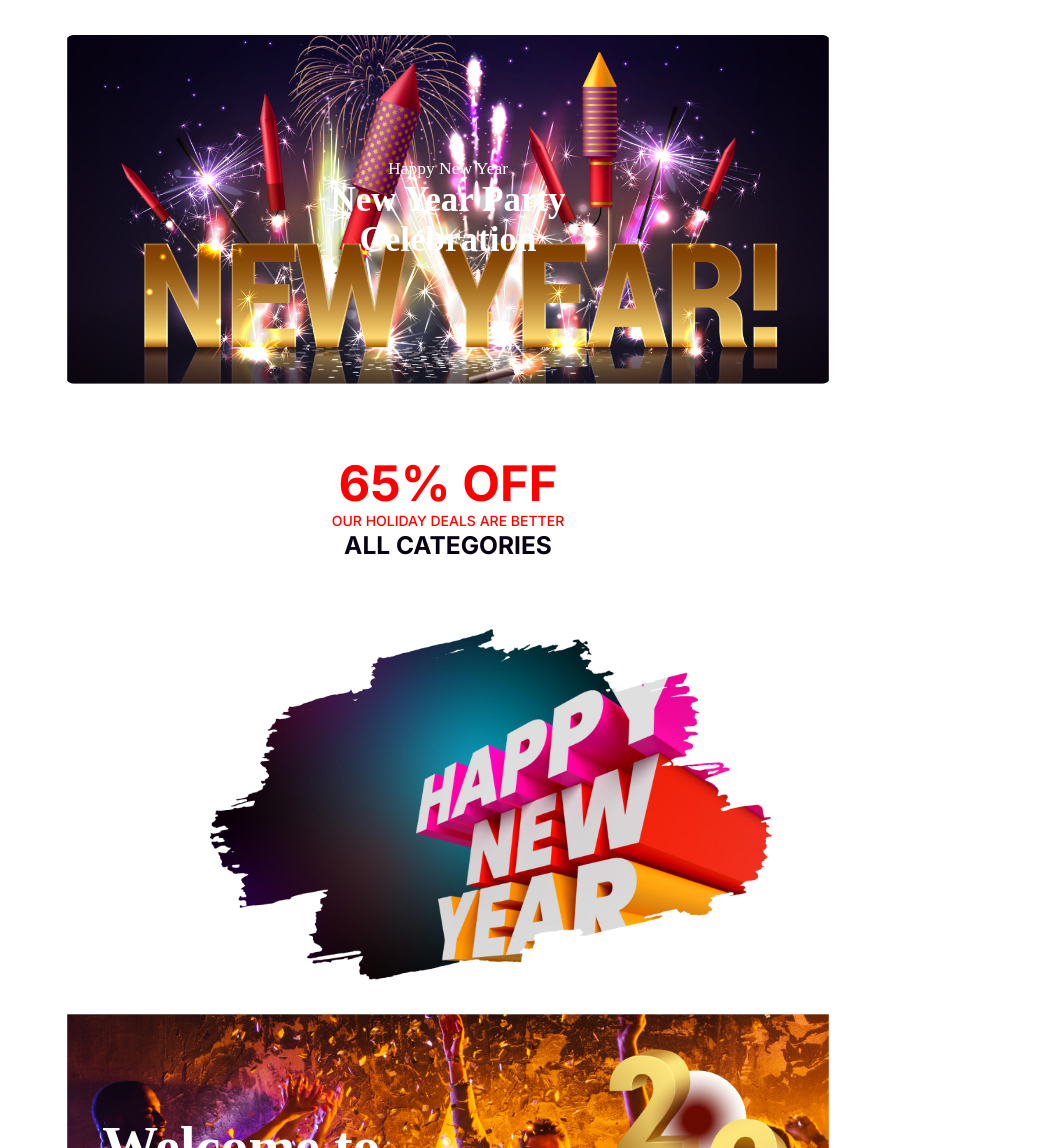
Repository: sumonkumarsarkar/new-year-2024
Page: index.html
An editor plug-in stored every save of this project. The page is shown before and after the next save, followed by the edit.
The browser window is 1280 px wide. The page is 1416 px wide, then 1498 px, so the pictures cover 1498 px, including what lies to the right of the window. The pictures show the part of the page from y = 0 to 1640 px (the page is 5500 px tall before and 5554 px after), at 70% of full size.

Above is the page before, as saved 2024-01-08 16:54:40.

### index.html
<!DOCTYPE html>
<html lang="en">
  <head>
    <meta charset="UTF-8" />
    <meta name="viewport" content="width=device-width, initial-scale=1.0" />
    <title>Happy Nwe Year-2024</title>
    <link rel="preconnect" href="https://fonts.googleapis.com" />
    <link rel="preconnect" href="https://fonts.gstatic.com" crossorigin />
    <link
      href="https://fonts.googleapis.com/css2?family=Inter:wght@100;200;300;500;600;700&display=swap"
      rel="stylesheet"
    />

    <link rel="stylesheet" href="https://cdnjs.cloudflare.com/ajax/libs/font-awesome/6.5.1/css/all.min.css" integrity="sha512-DTOQO9RWCH3ppGqcWaEA1BIZOC6xxalwEsw9c2QQeAIftl+Vegovlnee1c9QX4TctnWMn13TZye+giMm8e2LwA==" crossorigin="anonymous" referrerpolicy="no-referrer" />
    <link rel="stylesheet" href="/style.css" />
  </head>
  <body>
    <!-- banner-section start  -->
    <header>
      <div class="container banner">
        <div class="heading-text">
          <h4>Happy New Year</h4>
          <h3>New Year Party Celebration</h3>
        </div>
      </div>
    </header>
    <!-- banner-section end  -->

    <!-- holiday deal start  -->
    <section id="holiday-deal">
      <div class="container-holiday">
        <div class="holiday-text">
          <h2>65% OFF</h2>
          <p>OUR HOLIDAY DEALS ARE BETTER</p>
          <h4>ALL CATEGORIES</h4>
        </div>
        <div class="holiday-img">
          <img src="./image/New Year Photo.png" alt="" />
        </div>
      </div>
    </section>
    <!-- holiday deal end  -->

    <section id="midnight-section">
      <div class="container midnight-banner">
        <div class="midnight-content">
          <div class="midnight-text">
            <h3>Welcome to midnight party</h3>
            <p>
              Dolor sit amet consectetur. Consequat eget consectetur maecenas
              sed molestie malesuada. Ipsum sed sodales risus ut pellentesque
              vel euismod.
            </p>
            <button type="button">JOIN NOW</button>
          </div>
          <div class="midmight-img">
            <img src="./image/Group 70.png" alt="" />
          </div>
        </div>
      </div>
    </section>

     <!-- park hotel start  -->
<section id="park-hotel">
    <div class="container park-hotel-text">
     <p>Place: New Park Hotel</p>
     <p>Date: 31 December Night 2023</p>
     <p>Time: Evening 7.30 pm to 12.30 am</p>
     <button class="park-hotel-button" type="button">JOIN NOW</button>
    </div>
</section>
 <!-- park hotel end  -->


 <!-- best offer start  -->
 <section id="best-offer">
    <div class="container best-banner">
        <div class="best-offer-text">
            <div class="offer-text">
                <h5>NEW BEST OFFER</h5>
                <h4>Coming Soon</h4>
                <p>Dolor sit amet consectetur. Consequat eget consectetur maecenas sed molestie malesuada. Ipsum sed sodales risus ut pellentesque vel euismod. </p>
            </div>
            <div class="offer-img">
                <img src="./image/Ellipse 1.png" alt="">
            </div>
            <div class="offer-text-img">
                <h3>2024</h3>
                <p>Dolor sit amet consectetur. Consequat eget consectetur maecenas sed.</p>
                <img src="./image/Group 96.png" alt="">
            </div>

        </div>
    </div>
 </section>

 <!-- best offer end  -->

 <!-- holiday best offer start  -->

 <section id="holiday-offer">
    <div class="container">
        <div class="holiday-offer-text">
            <h5>WHAT IS FUNCTIONAL</h5>
            <h3><span>Holidays</span> Sale 50%</h3>
            <p>Dolor sit amet consectetur. Consequat eget consectetur maecenas sed
                molestie malesuada. Ipsum sed sodales risus ut pellentesque vel euismod. Eleifend nunc purus quam id fermentum amet amet sit consectetur.</p>
        </div>

        <div class="holiday-img">
            <div class="div1">
                <img src="./image/Group 75.png" alt="">
            </div>
            <div class="div2">
                <img src="./image/Group 44.png" alt="">
            </div>
            <div class="div3">
                <img src="./image/Rectangle 1.png" alt="">
            </div>
            <div class="div4">
                <img src="./image/Rectangle 2.png" alt="">
            </div>
        </div>

    </div>
 </section>
 <!-- holiday best offer end  -->

 <!-- portfolio section start  -->

<section id="fortfolio">
    <div class="container">
        <div class="protfolio-text-image">
            <div class="protfolio-text">
                   <h5>THE BEST GIFTS</h5>
                   <h4>Our Awesome Portfolio</h4>
                   <p>Dolor sit amet consectetur. Consequat eget consectetur maecenas sed molestie malesuada. Ipsum sed sodales risus ut pellentesque vel euismod. </p>
            </div>
            <div class="protfolio-image">
                <div class="image-div">
                    <img src="./image/Rectangle 3.png" alt="">
                    <img src="./image/Rectangle 4.png" alt="">
                    <img src="./image/Rectangle 5.png" alt="">
                </div>
                <div class="image-div">
                    <img src="./image/Rectangle 6.png" alt="">
                    <img src="./image/Rectangle 7.png" alt="">
                    <img src="./image/Rectangle 8.png" alt="">
                </div>

            </div>
        </div>
    </div>
</section>
 <!-- portfolio section end -->



 <section id="subscribe">
    <div class="container subscribe-banner">
        <div class="subscribe-content">
           <div class="subscribe-image">
            <img src="./image/Group 61.png" alt="">
           </div>
           <div class="subscribe-text">
            <h3>Subscribe Newsletter</h3>
            <p>Dolor sit amet consectetur. Consequat eget consectetur maecenas sed molestie malesuada. Ipsum sed sodales risus ut pellentesque vel euismod.</p>
           </div>

           <div class="subscribe-input">
            <input  type="email" placeholder="user@gmail.com">
            <button class="subscribe-button" type="submit">subscribe</button>
           </div>
        </div>
    </div>
 </section>

 <footer>
    <div class="footer-cntainer">
        <div class="footer-text">
            <div class="nornal-text">
                <p>44, Big Building Roosevelt Street</p>
                    <p>Beach Gardens Florida 33410</p>
            </div>
            <div class="icon-text">
                <p><span><i class="fa-solid fa-phone"></i></span> +00 123 584 124</p>
                <p><span><i class="fa-solid fa-globe"></i></span>www.website.com</p>
            </div>
        </div>
        <hr>
        <div class="icon-img">
           <img src="./image/Facebook.png" alt="">
           <img src="./image/Instagram.png" alt="">
           <img src="./image/Twitter.png" alt="">
           <img src="./image/Linkedin.png" alt="">
        </div>
       <div class="footer-last-text">
         <p>017, All Rights Reserved</p>
          <p>unsubscribe</p>
       </div>

    </div>
 </footer>


  </body>
</html>

### style.css
* {
    margin: 0;
    padding: 0;
}

body {
    font-family: "Inter", sans-serif;
    width:100%;
    max-width:1320px;
}

/* banner section end  */
.container {
    max-width: 1140px;
    width: 85%;
    margin: 50px auto;
}

.banner {
    background-image: url(./image/Banner\ Image.png);
    background-position: center;
    background-repeat: no-repeat;
    background-size: cover;
}

.heading-text {
    text-align: center;
    justify-content: center;
    padding: 177px 300px;
}

.heading-text h3 {
    color: #fff;
    text-align: center;
    font-family: Merriweather;
    font-size: 50px;
    font-style: normal;
    font-weight: 900;
}

.heading-text h4 {
    color: #fff;
    text-align: center;
    font-family: Merriweather;
    font-size: 25px;
    font-style: normal;
    font-weight: 400;
    line-height: normal;
}

/* banner section end  */

/* holiday -section start  */
.container-holiday {
    width: 85%;
    max-width: 680px;
    margin: 0 auto;
}

.holiday-text {
    text-align: center;
    justify-content: center;
    padding: 50px 50px;
    margin: 50px;
}

.holiday-text h2 {
    color: #f00;
    text-align: center;
    font-family: Inter;
    font-size: 70px;
    font-style: normal;
    font-weight: 700;
    line-height: normal;
}

.holiday-text p {
    color: #f00;

    text-align: center;
    font-family: Inter;
    font-size: 20px;
    font-style: normal;
    font-weight: 500;
    line-height: normal;
}

.holiday-text h4 {
    color: #070211;

    text-align: center;
    font-family: Inter;
    font-size: 35px;
    font-style: normal;
    font-weight: 700;
    line-height: normal;
}

.holiday-img {
    text-align: center;
    justify-content: center;
    width: 680px;
    height: 500px;
}

/* holiday -section start  */

/* midnight party start  */

.midnight-banner {
    background-image: url("./image/Vectorrr.png");
    background-position: center;
    background-repeat: no-repeat;
    background-size: cover;
}

.midnight-content {
    display: flex;
    justify-content: space-between;
    align-items: center;
}

.midnight-text {
    padding: 50px 0px 50px 50px;
    align-items: center;
}

.midnight-text h3 {
    align-items: center;
    color: #fff;
    font-family: Merriweather;
    font-size: 80px;
    font-style: normal;
    font-weight: 900;


}

.midnight-text p {
color: rgba(255, 255, 255, 0.80);
font-family: Inter;
font-size: 10px;
font-style: normal;
font-weight: 400;
line-height: 30px;
}

button {
    color: #FFF;
    text-align:center;
    font-family: Inter;
    font-size: 14px;
    font-style:normal;
    font-weight: 400;
    line-height: normal;
    text-transform:uppercase;
    background: #070211;
    border:none;
    padding: 10px 10px;
}

.midmight-img{
    padding:50px 50px ;
}

/* midnight party end */




/* park hotel start */

.park-hotel-text{
 background: linear-gradient(180deg, rgba(255, 0, 0, 0.10) 0%, rgba(255, 0, 0, 0.00) 100%);
 text-align: center;
 margin:0 auto;
 padding: 100px 0px;
}

.park-hotel-button{
color: #FFF;
text-align: center;
font-family: Inter;
font-size: 13px;
font-style: normal;
font-weight: 700;
line-height: normal;
text-transform: uppercase;
background: #f00;
margin-top: 20px;


}
/* park hotel end */


/* best offer start  */

.best-offer-text{
    display: flex;
    justify-content: space-between;
    align-items: center;
}
.best-banner{
    background: #FFF;
    margin-top: 50px;
}
.offer-text h5{
color: #F00;
font-family: Inter;
font-size: 16px;
font-style: normal;
font-weight: 500;
line-height: normal;
}
.offer-text h4{
    color: #070211;
    font-family: Merriweather;
    font-size:30px;
    font-style: normal;
    font-weight: 900;
    line-height: normal;
    text-transform: capitalize;
}
.offer-text p{
color: rgba(7, 2, 17, 0.60);
font-family: Inter;
font-size: 14px;
font-style: normal;
font-weight: 400;
padding: 10px 100px 10px 0px;

}
.offer-img img{
border-radius:200px;
border: 10px solid #F00;
padding: 10px;
width: 250px;

}
.offer-text-img{
    text-align: center;

}
.offer-text-img h3{
font-size: 48px;
font-style: normal;
font-weight: 700;
line-height: normal;
color: #f00;
padding-bottom: 20px;

}
.offer-text-img p{
    color: rgba(7, 2, 17, 0.60);

    font-family: Inter;
    font-size: 16px;
    font-style: normal;
    font-weight: 400;
    padding-bottom: 20px;

}



/* best offer end */

 /* holiday offer section start  */
.holiday-offer-text{
    text-align: center;
}
.holiday-offer-text h5{
font-size: 16px;
font-style: normal;
font-weight: 500;
line-height: normal;
padding: 5px 200px;
}
.holiday-offer-text h3{
    color: #070211;
    font-family: Merriweather;
    font-size: 40px;
    font-style: normal;
    font-weight: 900;
    line-height: normal;
    padding: 5px 200px;
}
.holiday-offer-text p{
color: rgba(7, 2, 17, 0.60);
text-align: center;
font-family: Inter;
font-size: 16px;
font-style: normal;
font-weight: 500;
padding: 5px 100px;
}
span{
    color: #f00;
}

.holiday-img{
    position: relative;
}
.holiday-img div1{
    position:absolute;
    height: 300px;
    width: 300px;
    text-align: left;

}
.holiday-img div3{
    position:absolute;
    height: 300px;
    width: 300px;
    text-align: center;
}
.holiday-img div3{
    position:absolute;
    height: 300px;
    width: 300px;
    text-align: right;
}



 /* holiday offer section end  */

/* portfolio section start  */

.protfolio-text h5{
color: #F00;
font-family: Inter;
font-size: 16px;
font-style: normal;
font-weight: 500;
line-height: normal;
margin-bottom: 10px;
}
.protfolio-text h4{
    color: #070211;
    font-family: Merriweather;
    font-size: 30px;
    font-style: normal;
    font-weight: 900;
    line-height: normal;
    text-transform: capitalize;
    margin-bottom: 10px;
}
.protfolio-text p{
color: rgba(7, 2, 17, 0.60);
font-family: Inter;
font-size: 20px;
font-style: normal;
font-weight: 400;
line-height: 32px;
margin-bottom: 10px;
}
.image-div{
    display: flex;
    justify-content:space-between;
    margin: 10px 0;

}

.image-div img{
   width:350px;
   height: 350px;

}
/* portfolio section end  */


/* subscribe section start  */

.subscribe-banner{
border-radius:16px;
background: rgba(255, 0, 0, 0.05);

}
.subscribe-content{
padding:100px 0;
text-align: center;
}
.subscribe-text h3{
color: #070211;
text-align: center;
font-family: Merriweather;
font-size:40px;
font-style: normal;
font-weight: 900;
line-height: normal;
text-transform: capitalize;
}
.subscribe-text p{
    color: rgba(7, 2, 17, 0.60);
    text-align: center;
    font-family: Inter;
    font-size: 16px;
    font-style: normal;
    font-weight: 400;
    line-height: 32px;
    padding: 10px 100px;
}

.subscribe-button{
color: #FFF;
text-align: center;
font-family: Inter;
font-size: 18px;
font-style: normal;
font-weight: 600;
line-height: normal;
text-transform: capitalize;
background: #F00;
border-radius:0px 50px 50px 0px;

}

.subscribe-input input{
display:inline-block;
border:none;
padding:15px;
width: 250px;
border-radius:50px 0px 0px 50px;
}
/* subscribe section end  */



/* footer section start  */
.footer-cntainer{
    width:100%;
    max-width:1320px;
    background: #070211;


}
.nornal-text p{
font-size: 16px;
font-style: normal;
font-weight: 500;
line-height: 40px;
color: #FFF;
}
.footer-text{
    display: flex;
    margin: 0 auto;
    justify-content: space-around;
    padding:50px 100px;


}
.icon-img{
    display: flex;
    justify-content: center;
    align-items: center;
    margin-top:50px;
}
.icon-img img{
    margin: 10px;
}
.icon-text{
 font-size: 16px;
font-style: normal;
font-weight: 500;
line-height: 40px;
color: #FFF;
}

.footer-last-text{
    display: flex;
    justify-content: space-between;
}
.footer-last-text p{
padding: 100px;
font-size: 16px;
font-style: normal;
font-weight: 500;
line-height: normal;
color: #FFF;
}
hr{
    width: 50%;
    color: #8f3f3f;
    margin: 0 auto;

}

/* footer section end  */

After the next save:
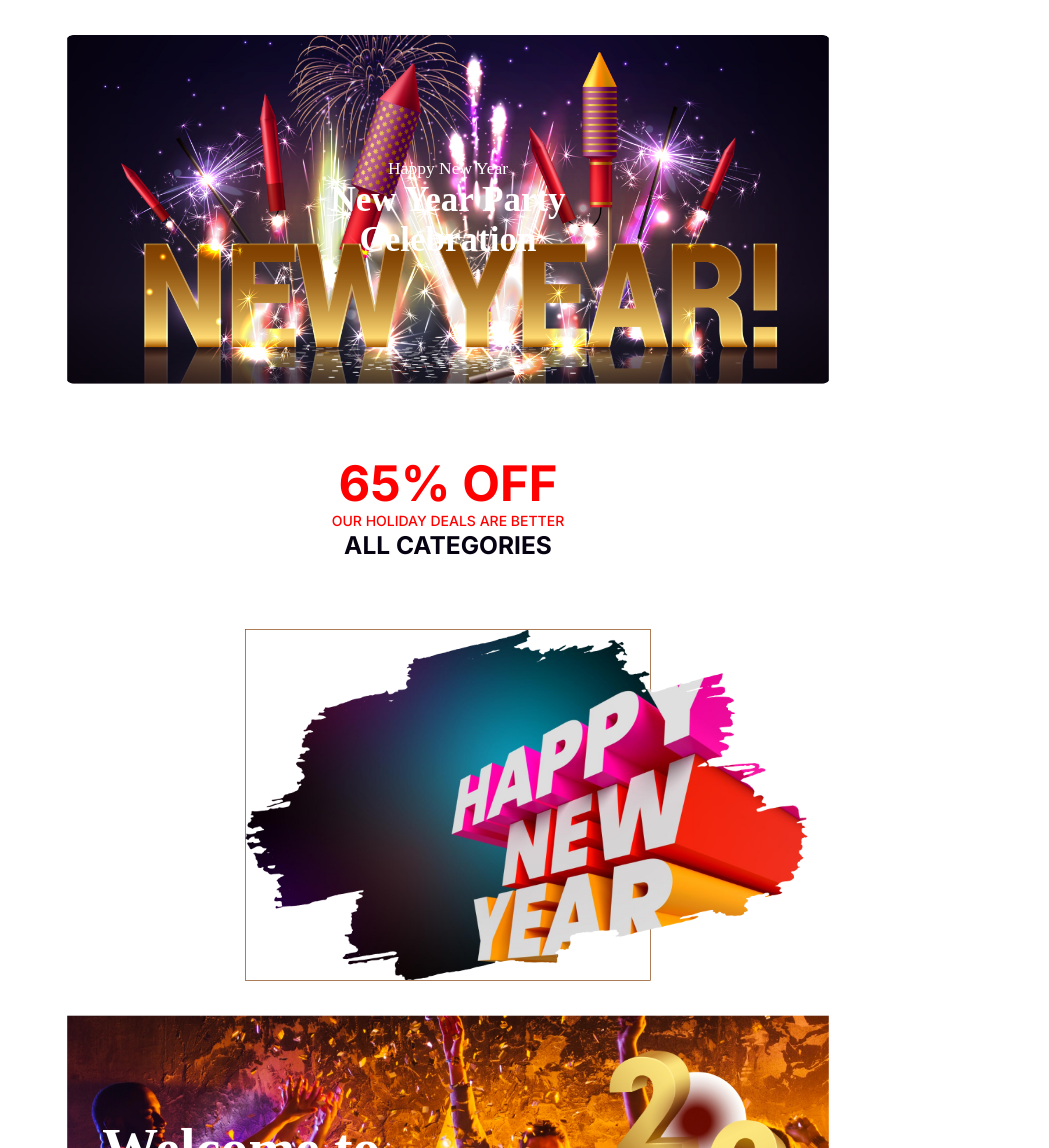
Saved 58 s later.
--- a/style.css
+++ b/style.css
@@ -300,7 +300,11 @@ span{
 }
 
 .holiday-img{
+    max-width: 1140px;
+    width: 85%;
+    margin: 50px auto;
     position: relative;
+    border: 1px solid saddlebrown;
 }
 .holiday-img div1{
     position:absolute;
